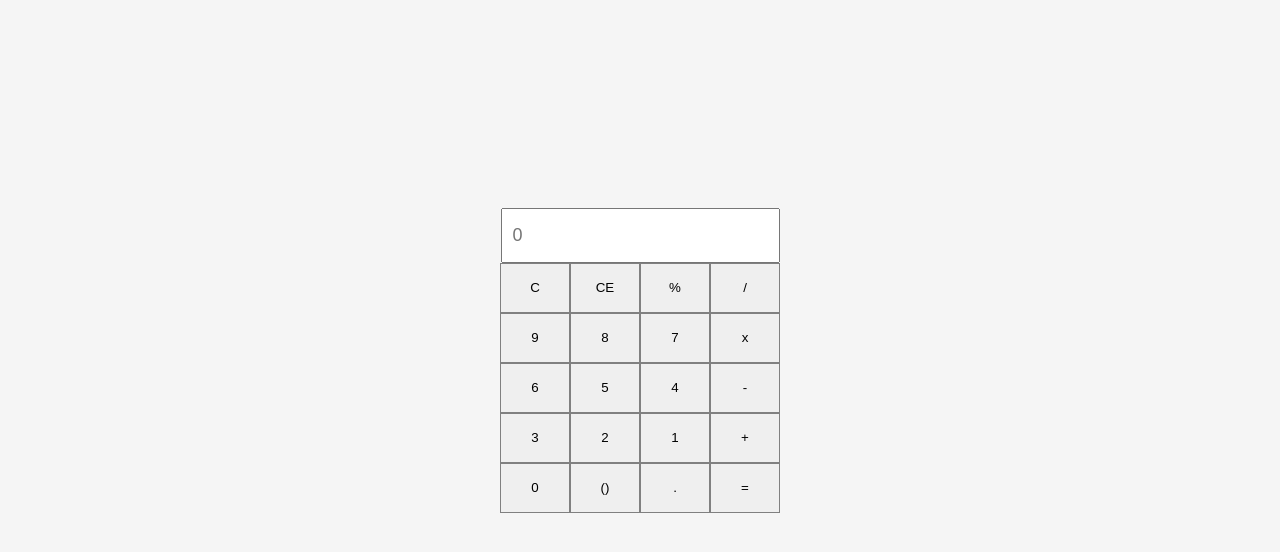
Repository: latenightsnacc/React-Projects
Page: / (app in calculator/)
These files come from the project's save history. The page is drawn as it stood at one moment and after the next save; the edit follows.
The browser window is 1280 px wide. The pictures show the whole page.
The project was rebuilt for these pictures with package versions that can differ from the ones it lists, and the page was loaded fresh each time.

Above is the page before, as saved 2020-07-01 14:03:05.

After the next save:
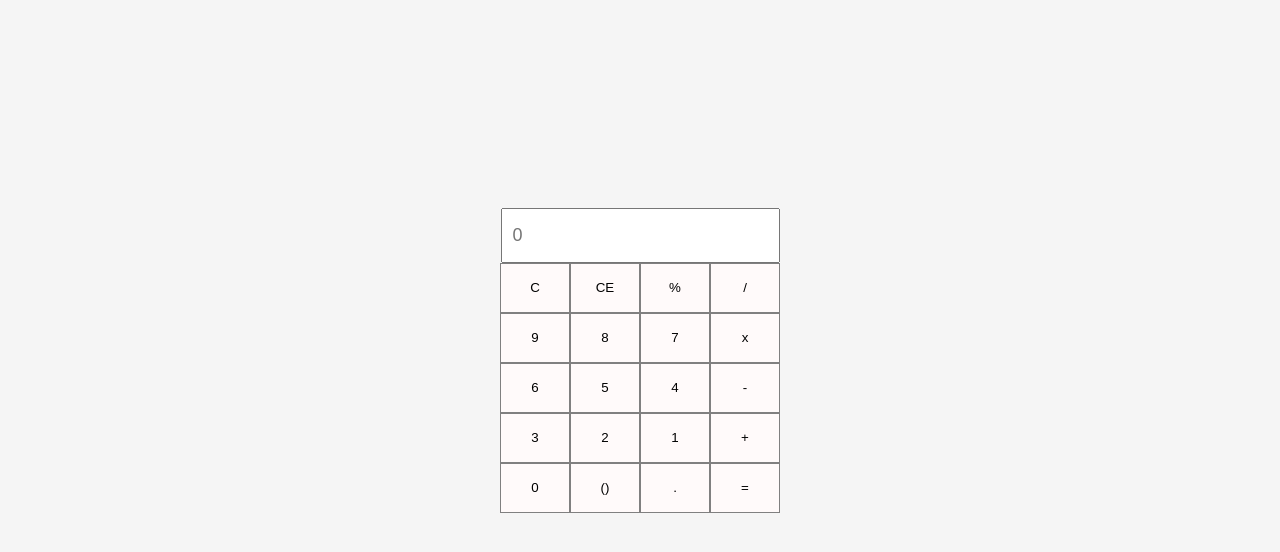
Saved 42 s later.
--- a/calculator/src/Styles/Buttons.scss
+++ b/calculator/src/Styles/Buttons.scss
@@ -6,5 +6,6 @@
         height: 50px;
         color: black;
         border: 1px solid grey;
+        background-color: snow;
     }
 }

After the save that followed:
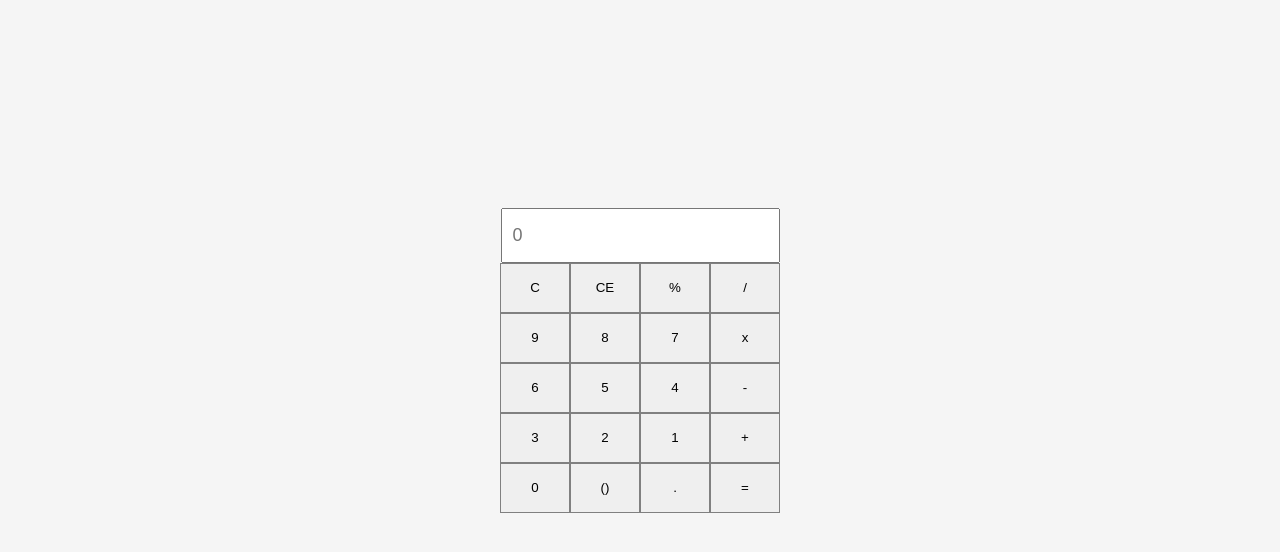
Saved 9 s later.
--- a/calculator/src/Styles/Buttons.scss
+++ b/calculator/src/Styles/Buttons.scss
@@ -6,6 +6,5 @@
         height: 50px;
         color: black;
         border: 1px solid grey;
-        background-color: snow;
     }
 }
